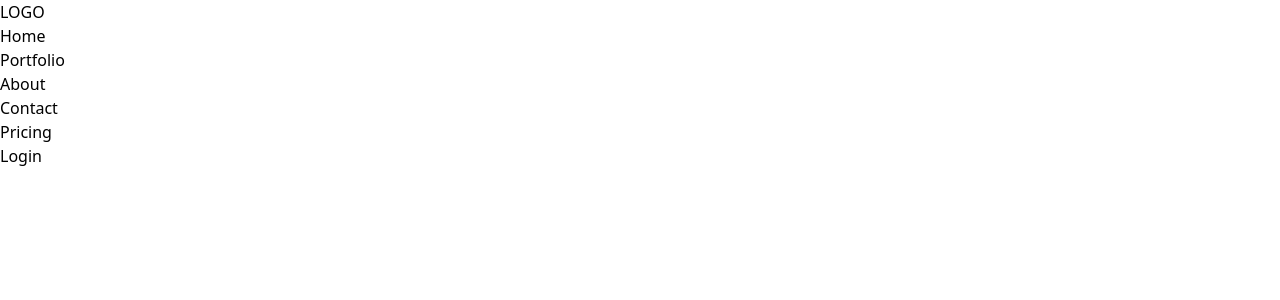
Repository: DevAntonioRogers/react-modal-with-dialog
Page: /
An editor plug-in stored every save of this project. The page is shown before and after the next save, followed by the edit.
The browser window is 1280 px wide. The pictures show the whole page.
The project was rebuilt for these pictures with package versions that can differ from the ones it lists, and the page was loaded fresh each time. Also part of the build but not shown: vite.config.ts.

Above is the page before, as saved 2023-05-10 08:41:59.

After the next save:
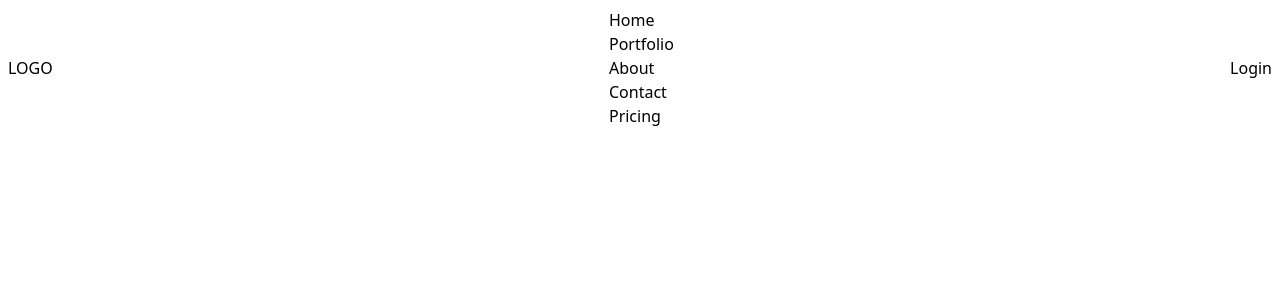
Saved 28 s later.
--- a/src/App.tsx
+++ b/src/App.tsx
@@ -1,6 +1,6 @@
 function App() {
   return (
-    <nav>
+    <nav className="flex justify-between items-center p-2">
       <div>
         <h1>LOGO</h1>
       </div>
